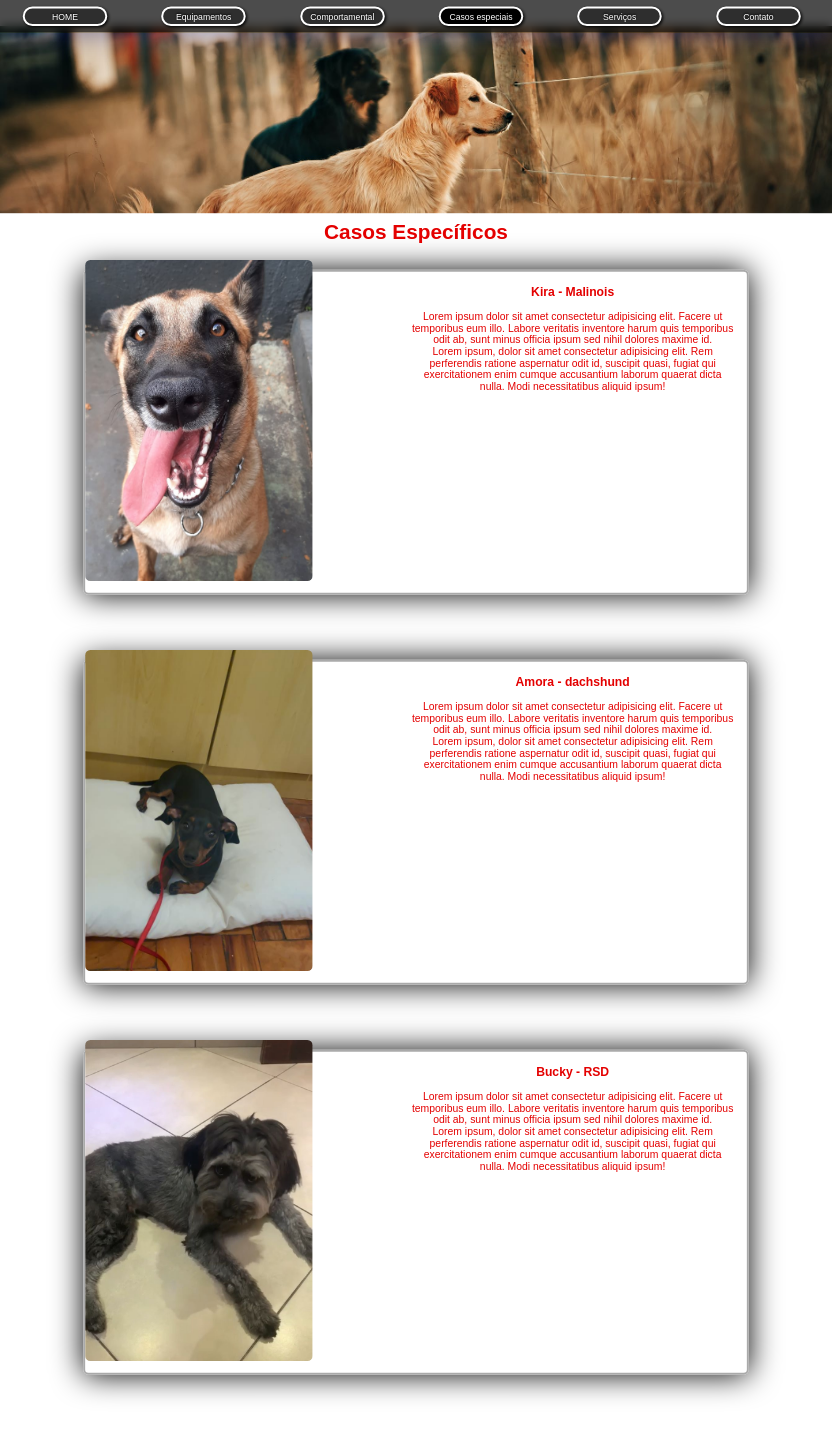
Repository: KevynMarques/Blog-React-StyledComponent
Page: /, after clicking the first element matching `button.sc-dcJsrY`
The author's editor kept a copy of each file at every save. The page is drawn from the files as they stood at one save, then again after a run of saves.
The browser window is 1280 px wide. The pictures show the whole page, at 65% of full size.
The project was rebuilt for these pictures with package versions that can differ from the ones it lists, and the page was loaded fresh each time. Also part of the build but not shown: src/Components/Equipamentos/style.jsx, src/Components/Equipamentos/index.jsx, src/Components/Comportamental/style.jsx, src/Components/Comportamental/index.jsx, src/Components/Serviços/index.jsx, src/Components/Contato/index.jsx.

Above is the page before, as saved 2022-02-16 18:11:10.

### public/index.html
<!DOCTYPE html>
<html lang="pt-BR">
  <head>
    <meta charset="utf-8" />
    <link rel="icon" href="%PUBLIC_URL%/favicon.ico" />
    <meta name="viewport" content="width=device-width, initial-scale=1" />
    <meta name="theme-color" content="#000000" />
    <meta
      name="description"
      content="Web site created using create-react-app"
    />
    <link rel="apple-touch-icon" href="%PUBLIC_URL%/logo192.png" />
    <!--
      manifest.json provides metadata used when your web app is installed on a
      user's mobile device or desktop. See https://developers.google.com/web/fundamentals/web-app-manifest/
    -->
    <!--
      Notice the use of %PUBLIC_URL% in the tags above.
      It will be replaced with the URL of the `public` folder during the build.
      Only files inside the `public` folder can be referenced from the HTML.

      Unlike "/favicon.ico" or "favicon.ico", "%PUBLIC_URL%/favicon.ico" will
      work correctly both with client-side routing and a non-root public URL.
      Learn how to configure a non-root public URL by running `npm run build`.
    -->
    <title>Adestramento DK</title>
  </head>
  <body>
    <noscript>You need to enable JavaScript to run this app.</noscript>
    <div id="root"></div>
    <!--
      This HTML file is a template.
      If you open it directly in the browser, you will see an empty page.

      You can add webfonts, meta tags, or analytics to this file.
      The build step will place the bundled scripts into the <body> tag.

      To begin the development, run `npm start` or `yarn start`.
      To create a production bundle, use `npm run build` or `yarn build`.
    -->
  </body>
</html>

### src/App.jsx
import Home from './Components/Home';
import Sobre from './Components/Sobre/index';
import { useState, useEffect } from 'react';
import { GlobalStyle } from './GlobalStyle';
import Geral from './Components/Geral/index';

function App() {

  const [geral, setGeral]=useState(<Sobre />);

  return (
    <>
    <Home setGeral={setGeral} geral={geral}  />
    <Geral geral={geral} />
    <GlobalStyle/>
   </>
  );
}

export default App;

### src/Components/Home/index.jsx
import React, {useEffect, useState} from "react"
import { Home,  HomeB, Equip, Comportamental, MeusCaes, Serviços, Contato } from "./Style"
import Equipamentos from "../Equipamentos/index"
import Sobre from '../Sobre/index'
import Comport  from '../Comportamental/index'
import Clientes from '../Clientes/index'
import Serv from "../Serviços"
import Cont from '../Contato/index'



export default (props) => {

  const [ativo, setAtivo] = useState(false)
  const [ativoEquip, setAtivoEquip] = useState(true)
  const [ativoComp, setComp] = useState(true)
  const [Casos, setCasos] = useState(true)
  const [serviços, setServiços] = useState(true)
  const [contato, setContato] = useState(true)


  return (
   <>
    <Home>


       <HomeB
         setAtivo={setAtivo}
         ativo={ativo}
         onClick={()=>(props.setGeral(<Sobre />),
         setAtivo(false),
         setAtivoEquip(true),
         setComp(true),
         setCasos(true),
         setServiços(true)
         )}>
         <p>HOME</p>
      </HomeB>



       <Equip
        ativoEquip={ativoEquip}
        setAtivoEquip={setAtivoEquip}
        onClick={()=>(props.setGeral(<Equipamentos />),
        setAtivo(true),
        setAtivoEquip(false),
        setComp(true),
        setCasos(true),
        setServiços(true)
        )}>
        <p>Equipamentos</p>
       </Equip>

       <Comportamental
          onClick={() =>(props.setGeral(<Comport />),
          setAtivo(true),
          setAtivoEquip(true),
          setComp(false),
          setCasos(true),
          setServiços(true))}

          setComp={setComp}
          ativoComp={ativoComp}>

         <p>Comportamental</p>
       </Comportamental>

       <MeusCaes
          onClick={() =>(props.setGeral(<Clientes />),
          setAtivo(true),
          setAtivoEquip(true),
          setComp(true),
          setCasos(false),
          setServiços(true))}
          setCasos={setCasos}
          Casos={Casos}>
         <p>Casos especiais</p>
       </MeusCaes>

       <Serviços onClick={() =>(props.setGeral(<Serv />),
        setAtivo(true),
        setAtivoEquip(true),
        setComp(true),
        setCasos(true),
        setServiços(false))}
        setServiços={setServiços}
        serviços={serviços}>
         <p>Serviços</p>
       </Serviços>

       <Contato onClick={() =>(props.setGeral(<Cont />),
        setAtivo(true),
        setAtivoEquip(true),
        setComp(true),
        setCasos(true),
        setServiços(true),
        setContato(false)
       )}
          setContato={setContato}
          contato={contato}>
         <p>Contato</p>
      </Contato>

    </Home>
    </>
  );
}

### src/Components/Sobre/index.jsx
import { Sobre, Tittle, Dogs, Baner} from "./style"
import Foto from '../Image/foto.png'
import LV from '../Image/LV.jpg';
import Dog from '../Image/Dog.png'

export default () => {
  return (
<>
     <Baner>
       <img src={Dog} />
     </Baner>

   <Tittle>
    <h1>Adestramento DK</h1>
      <h2>Quem sou eu?</h2>
    </Tittle>


  <Sobre>
    <section>
    <p>Lorem ipsum dolor sit amet consectetur adipisicing elit. Facere ut temporibus eum illo. Labore veritatis inventore harum quis temporibus odit ab, sunt minus officia ipsum sed nihil dolores maxime id.
      <br></br>
    Lorem ipsum, dolor sit amet consectetur adipisicing elit. Rem perferendis ratione aspernatur odit id, suscipit quasi, fugiat qui exercitationem enim cumque accusantium laborum quaerat dicta nulla. Modi necessitatibus aliquid ipsum!
    </p>
       <div>
        <img src={Foto} />
       </div>
    </section>
  </Sobre>


  <Tittle>
      <h2>Viper e Logan</h2>
      <p>Acompanhem nosso dia a dia.</p>
    </Tittle>

<Dogs>
<section>
    <p>Lorem ipsum dolor sit amet consectetur adipisicing elit. Facere ut temporibus eum illo. Labore veritatis inventore harum quis temporibus odit ab, sunt minus officia ipsum sed nihil dolores maxime id.
      <br></br>
    Lorem ipsum, dolor sit amet consectetur adipisicing elit. Rem perferendis ratione aspernatur odit id, suscipit quasi, fugiat qui exercitationem enim cumque accusantium laborum quaerat dicta nulla. Modi necessitatibus aliquid ipsum!
    </p>
       <div>
        <img src={LV} />
       </div>
    </section>
</Dogs>

</>

  );
}

### src/GlobalStyle.js
import { createGlobalStyle } from 'styled-components';
import styled from 'styled-components';

 export const GlobalStyle = createGlobalStyle`
  * {
    margin: 0;
    padding: 0;
    box-sizing: border-box;

  }
`;

### src/Components/Geral/index.jsx
import React from "react"

export default (props) => {

  return (

    <>
    {props.geral}
    </>

  );

}

### src/Components/Home/Style.jsx
import styled from "styled-components";


export const  Home  = styled.div `
     width: 100vw;
     height: 50px;
     margin: 0;
     position: fixed;
     z-index: 99999;
     background: rgba( 0, 0, 0, 0.7 );
     box-shadow: 0 8px 32px 0 rgba( 31, 38, 135, 0.37 );
     backdrop-filter: blur( 7.5px );
     -webkit-backdrop-filter: blur( 7.5px );
     color:white;
     display: flex;
     align-items: center;
     justify-content: center;
`;

export const HomeB = styled.button `
background:${props => props.ativo ? '#2e2e2e' : '#000000'};
font-family: Arial, Helvetica, sans-serif;
font-style:normal;
color:#ffffff;
border:3px solid #ffffff;
text-shadow:0px -1px 3px #000000;
box-shadow:2px 2px 5px #000000;
box-shadow:2px 2px 5px #000000;
box-shadow:2px 2px 5px #000000;
border-radius:25px 25px 25px 25px;
border-radius:25px 25px 25px 25px;
border-radius:25px 25px 25px 25px;
width:130px;
height: 30px;

&:hover {
  background-color: black;
}

cursor:pointer;
margin:0 auto;
margin-left: 35px;

&:active {
  transform: scale(0.9);
}

`;


export const Equip = styled(HomeB) `

background:${props => props.ativoEquip ? '#2e2e2e' : '#000000'};

`;

export const Comportamental = styled(HomeB) `

background:${props => props.ativoComp ? '#2e2e2e' : '#000000'};

`;


export const MeusCaes = styled(HomeB) `

background:${props => props.Casos? '#2e2e2e' : '#000000'};

`;


export const Serviços = styled(HomeB) `

background:${props => props.serviços? '#2e2e2e' : '#000000'};

`;

export const Contato = styled(HomeB) `

background:#2e2e2e;

`;

### src/Components/Clientes/index.jsx
import {Teste, Baner, Container} from './style'
import Dog from '../Image/golden.jpeg'
import Amora from '../Image/Amora.jpg'
import Kira from '../Image/Kira.png'
import Bucky from '../Image/bucky.png'

export default () => {
  return (
    <>
    <Baner>
    <img src={Dog} />
    </Baner>

    <Teste>
      <h1>Casos Específicos</h1>


     <Container>
      <section>
      <p>
      <h1>Kira - Malinois</h1>
      <br/>
      Lorem ipsum dolor sit amet consectetur adipisicing elit. Facere ut temporibus eum illo. Labore veritatis inventore harum quis  temporibus odit ab, sunt minus officia ipsum sed nihil dolores maxime id.
       <br></br>
       Lorem ipsum, dolor sit amet consectetur adipisicing elit. Rem perferendis ratione aspernatur odit id, suscipit quasi, fugiat qui exercitationem enim cumque accusantium laborum quaerat dicta nulla. Modi necessitatibus aliquid ipsum!
    </p>
    <div>
        <img src={Kira} />
       </div>
    </section>
    </Container>

    <Container>
      <section>
    <p>
    <h1>Amora - dachshund </h1>
      <br/>
      Lorem ipsum dolor sit amet consectetur adipisicing elit. Facere ut temporibus eum illo. Labore veritatis inventore harum quis temporibus odit ab, sunt minus officia ipsum sed nihil dolores maxime id.
      <br></br>
    Lorem ipsum, dolor sit amet consectetur adipisicing elit. Rem perferendis ratione aspernatur odit id, suscipit quasi, fugiat qui exercitationem enim cumque accusantium laborum quaerat dicta nulla. Modi necessitatibus aliquid ipsum!
    </p>
    <div>
        <img src={Amora} />
       </div>
    </section>
    </Container>

    <Container>
      <section>
    <p>
    <h1>Bucky - RSD</h1>
      <br/>
      Lorem ipsum dolor sit amet consectetur adipisicing elit. Facere ut temporibus eum illo. Labore veritatis inventore harum quis temporibus odit ab, sunt minus officia ipsum sed nihil dolores maxime id.
      <br></br>
    Lorem ipsum, dolor sit amet consectetur adipisicing elit. Rem perferendis ratione aspernatur odit id, suscipit quasi, fugiat qui exercitationem enim cumque accusantium laborum quaerat dicta nulla. Modi necessitatibus aliquid ipsum!
    </p>
    <div>
        <img src={Bucky} />
       </div>
    </section>
    </Container>



    </Teste>
    </>
  );
}

### src/Components/Sobre/style.jsx
import styled from "styled-components";

export const Baner= styled.div `
  width: 100%;
  height: 40vh;


    img {
    width: 100%;
    height: 100%;
    object-fit: cover;

    }
`;


export const Tittle = styled.h1`
@import url('https://fonts.googleapis.com/css2?family=Prompt:ital,wght@1,300&display=swap');
color: #312f2f;
font-size: 30px;
font-family: 'Prompt', sans-serif;
text-align: center;
height: 40px;
margin-top: 10px;

      h2 {
      font-size:26px ;
      margin-top: 15px;
      }
`;

export const  Sobre  = styled.section `
  height: 500px;
  border: solid 3px #aaaaaa;
  width: 80vw;
  margin: 100px  10%;
  border-radius: 8px;
  box-shadow: 0 0 3em Black;
  display: flex;


  div {
    width: 35%;
    height:494px;
    margin-top: -146px;
  }

  img {
    object-fit: cover;
    width: 100%;
    height: 100%;
    border-radius: 8px;
  }

p {
    width: 500px;
    margin-left: 500px;
    margin-top: 20px;
    font-size: 16px;
    font-family: Arial, Helvetica, sans-serif;
  }
`;



export const  Dogs  = styled(Sobre) `

`;

### src/Components/Clientes/style.jsx
import styled from "styled-components";
import { Sobre } from '../Sobre/style';


export const Teste = styled.div `
 text-align: center;
 font-size: 16px;
 margin-top: 50px;
 font-family: Arial, Helvetica, sans-serif;
 color: #e40000;
`;

export const Baner= styled.div `
  width: 100%;
  height: 40vh;


    img {
    width: 100%;
    height: 100%;
    object-fit: cover;
    margin-top: 40px;

    }
`;

export const Container = styled(Sobre) `
         margin-top: 40px;
    img {
      margin-top: -58px;
    }
`;

Loaded but not shown: src/index.js (common file)

After the next 2 saves:
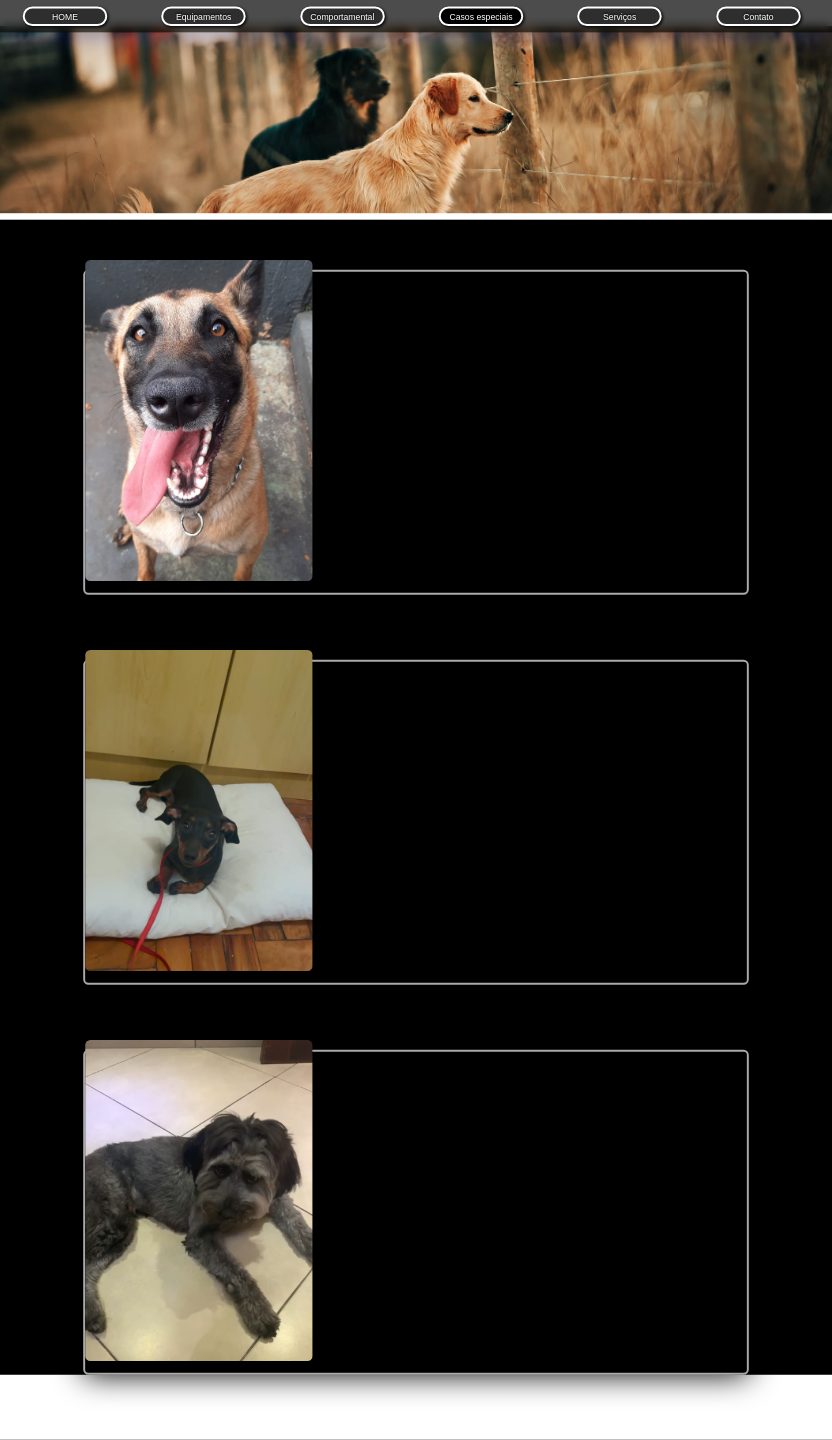
The 2 saves are shown as one change because they came seconds apart.
The last was saved 18 s later.
--- a/src/Components/Clientes/style.jsx
+++ b/src/Components/Clientes/style.jsx
@@ -7,7 +7,7 @@ export const Teste = styled.div `
  font-size: 16px;
  margin-top: 50px;
  font-family: Arial, Helvetica, sans-serif;
- color: #e40000;
+background-color: black;
 `;
 
 export const Baner= styled.div `

After the save that followed:
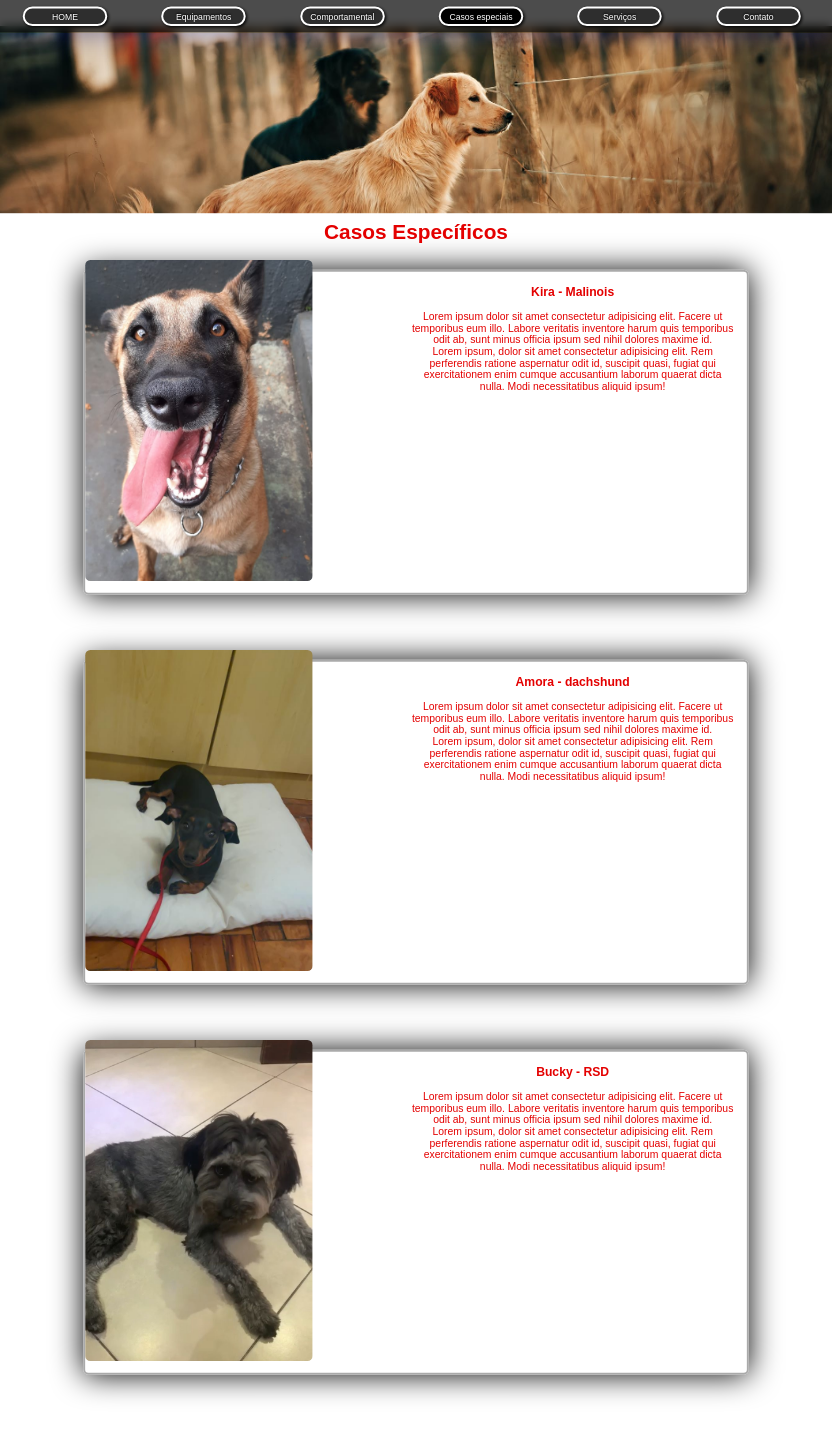
Saved 18 s later.
--- a/src/Components/Clientes/style.jsx
+++ b/src/Components/Clientes/style.jsx
@@ -7,7 +7,7 @@ export const Teste = styled.div `
  font-size: 16px;
  margin-top: 50px;
  font-family: Arial, Helvetica, sans-serif;
-background-color: black;
+ color: #e40000;
 `;
 
 export const Baner= styled.div `
